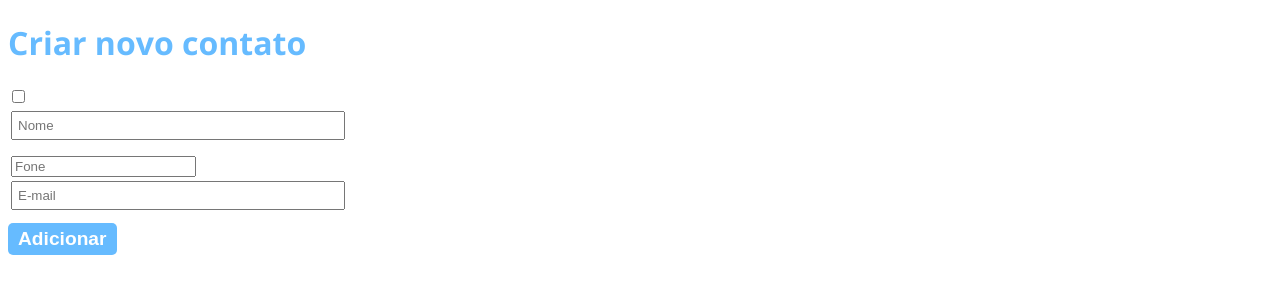
Repository: evanalves/Agenda-JDBC
Page: agenda/src/main/webapp/novo.html
The author's editor kept a copy of each file at every save. The page is drawn from the files as they stood at one save, then again after the next save.
The browser window is 1280 px wide. The pictures show the whole page.

Above is the page before, as saved 2023-08-20 13:32:39.

### agenda/src/main/webapp/novo.html
<!DOCTYPE html>
<html lang="pt-BR">
<head>
<meta charset="UTF-8">
<title>Agenda de Contatos</title>
<link rel="icon" href="imagens/favicon.png">
<link rel="styleSheet" href="style.css">

</head>
<body>
	<h1>Criar novo contato</h1>

	<form name="frmContato" action=" ">
		<table>
			<tr>
				<td><input type="text" name="nome" placeholder="Nome"
					class="caixa1"></td>
			</tr>
			<tr>
				<td><input type="text" name="fone" placeholder="Fone"></td>
			</tr>
			<tr>
				<td><input type="text" name="email" placeholder="E-mail"
					class="caixa1"></td>
			</tr>
			</tr> <input type="checkbox" name="teste" > </tr>
		</table>
		<input type="button" value="Adicionar" class="botao1">

	</form>

</body>
</html>

### agenda/src/main/webapp/style.css
@charset "UTF-8";
@import url('https://fonts.googleapis.com/css2?family=Open+Sans:wght@400;700&display=swap');

body{
	font-family: 'Open Sans', sans-serif;
	font-size: 1em;
	font-weight: 400;

}

h1{
	color: #66bbff;
}


.botao1{
	text-decoration: none;
	background-color: #66bbff;
	padding: 5px 10px 5px 10px;
	color: #fff;
	font-size: 1.2em;
	font-weight: 700;
	border-radius: 5px;
	border: 0;
	cursor: pointer;
}
.caixa1{
	width: 320px;
	padding: 5px;
	margin-bottom: 10px;


}

After the next save:
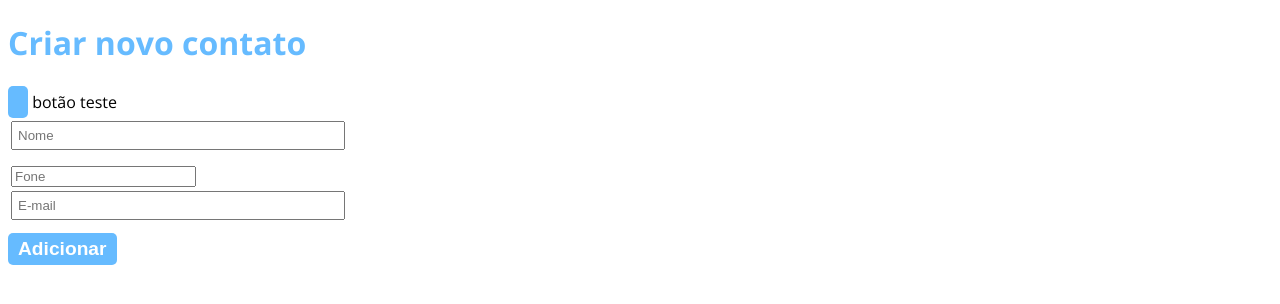
Saved 40 s later.
--- a/agenda/src/main/webapp/novo.html
+++ b/agenda/src/main/webapp/novo.html
@@ -23,7 +23,7 @@
 				<td><input type="text" name="email" placeholder="E-mail"
 					class="caixa1"></td>
 			</tr>
-			</tr> <input type="checkbox" name="teste" > </tr>
+			</tr> <input type="button" name="teste" class="botao1"> botão teste</tr>
 		</table>
 		<input type="button" value="Adicionar" class="botao1">
 
